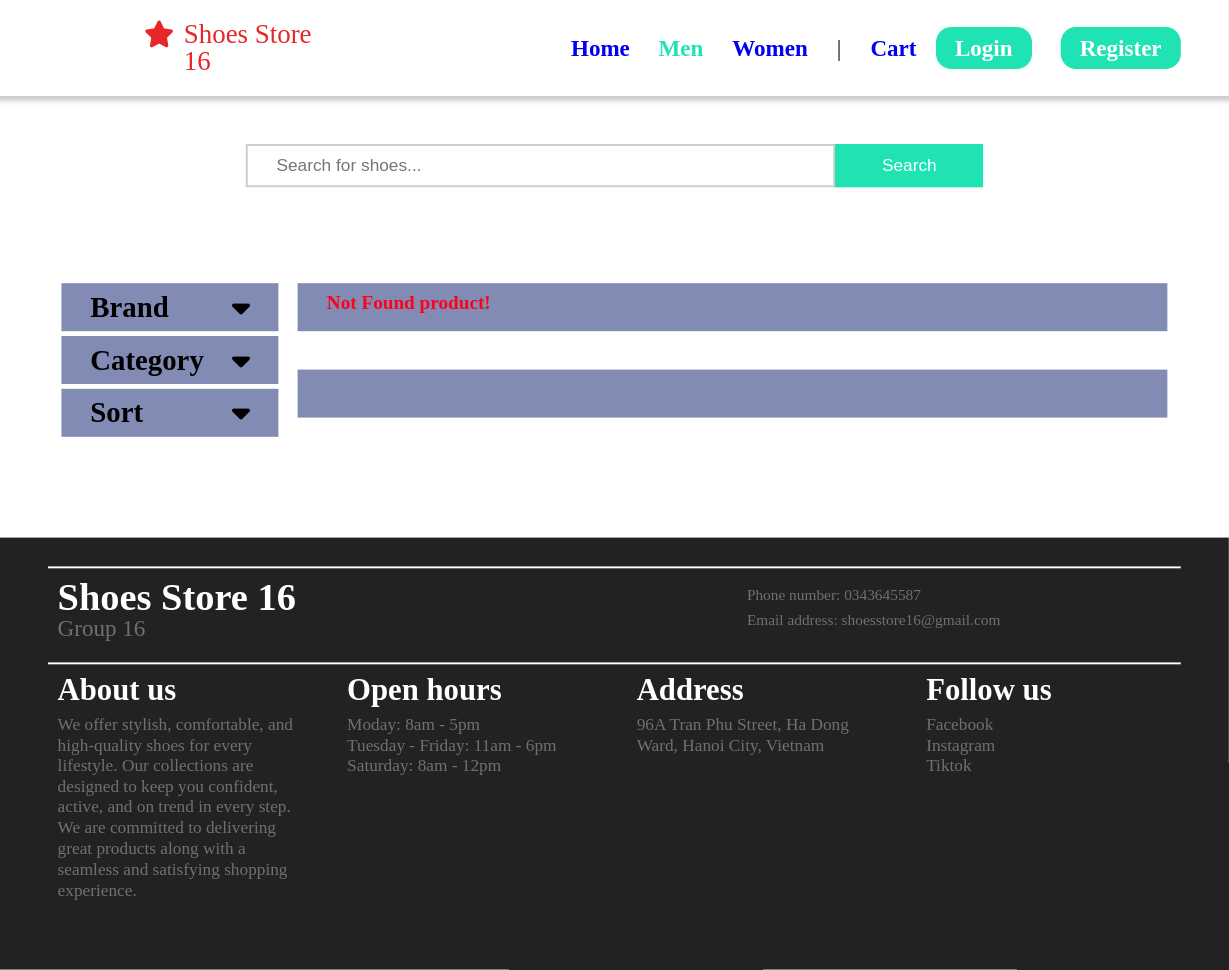
Repository: Trung0810/btl_cnpm_fe
Page: /men
An editor plug-in stored every save of this project. The page is shown before and after the next save, followed by the edit.
The browser window is 1280 px wide. The pictures show the whole page, at 96% of full size.
The page's requests for data from a server got no answer. The project was rebuilt for these pictures with package versions that can differ from the ones it lists, and the page was loaded fresh each time. No one was signed in, and anything a server would have sent is missing. Also part of the build but not shown: src/components/shoes_list/ShoesCard.css, src/components/shoes_list/ShoesCard.js, src/components/overlay/Overlay.css, src/components/overlay/Overlay.js, src/components/popup/AddToCartFormPopup.css, src/components/popup/AddToCartFormPopup.js, src/components/shoes_list/ShoesList.css, src/components/shoes_list/ShoesList.js and 43 more.

Above is the page before, as saved 2026-04-21 08:23:16.

### public/index.html
<!doctype html>
<html lang="en">
  <head>
    <meta charset="utf-8" />
    <link rel="icon" href="%PUBLIC_URL%/favicon.ico" />
    <meta name="viewport" content="width=device-width, initial-scale=1" />
    <meta name="theme-color" content="#000000" />
    <meta
      name="description"
      content="Web site created using create-react-app"
    />
    <link rel="apple-touch-icon" href="%PUBLIC_URL%/logo192.png" />
    <!--
      manifest.json provides metadata used when your web app is installed on a
      user's mobile device or desktop. See https://developers.google.com/web/fundamentals/web-app-manifest/
    -->
    <link rel="manifest" href="%PUBLIC_URL%/manifest.json" />
    <!--
      Notice the use of %PUBLIC_URL% in the tags above.
      It will be replaced with the URL of the `public` folder during the build.
      Only files inside the `public` folder can be referenced from the HTML.

      Unlike "/favicon.ico" or "favicon.ico", "%PUBLIC_URL%/favicon.ico" will
      work correctly both with client-side routing and a non-root public URL.
      Learn how to configure a non-root public URL by running `npm run build`.
    -->
    <link rel="preconnect" href="https://fonts.googleapis.com" />
    <link rel="preconnect" href="https://fonts.gstatic.com" crossorigin />
    <link
      href="https://fonts.googleapis.com/css2?family=DM+Sans:ital,opsz,wght@0,9..40,100..1000;1,9..40,100..1000&family=Oswald:wght@200..700&display=swap"
      rel="stylesheet"
    />
    <title>React App</title>
  </head>
  <body>
    <noscript>You need to enable JavaScript to run this app.</noscript>
    <div id="root"></div>
    <!--
      This HTML file is a template.
      If you open it directly in the browser, you will see an empty page.

      You can add webfonts, meta tags, or analytics to this file.
      The build step will place the bundled scripts into the <body> tag.

      To begin the development, run `npm start` or `yarn start`.
      To create a production bundle, use `npm run build` or `yarn build`.
    -->
  </body>
</html>

### src/index.js
import React from "react";
import ReactDOM from "react-dom/client";
import App from "./App";
import reportWebVitals from "./reportWebVitals";
import "./index.css";
import "./reset.css";
import "@fortawesome/fontawesome-free/css/all.min.css";

const root = ReactDOM.createRoot(document.getElementById("root"));
root.render(
  <React.StrictMode>
    <App />
  </React.StrictMode>,
);

// If you want to start measuring performance in your app, pass a function
// to log results (for example: reportWebVitals(console.log))
// or send to an analytics endpoint. Learn more: https://bit.ly/CRA-vitals
reportWebVitals();

### src/index.css
body {
  margin: 0;
  font-family:
    -apple-system, BlinkMacSystemFont, "Segoe UI", "Roboto", "Oxygen", "Ubuntu",
    "Cantarell", "Fira Sans", "Droid Sans", "Helvetica Neue", sans-serif;
  -webkit-font-smoothing: antialiased;
  -moz-osx-font-smoothing: grayscale;
  font-family: "DM Sans", sans-serif;
}
body::-webkit-scrollbar {
  display: none;
}
code {
  font-family:
    source-code-pro, Menlo, Monaco, Consolas, "Courier New", monospace;
}
* {
  box-sizing: border-box;
}

### src/components/shoes_page/ShoesPage.js
import React, { Fragment } from "react";
import Search from "../search/Search";
import GridLayout from "../grid_layout/GridLayout";

const ShoesPage = () => {
  return (
    <Fragment>
      <Search></Search>
      <GridLayout></GridLayout>
    </Fragment>
  );
};

export default ShoesPage;

### src/components/main_layout/MainLayout.js
import React, { useContext } from "react";
import { Fragment } from "react";
import Header from "../header/Header";
import Footer from "../footer/Footer";
import { Navigate, Outlet } from "react-router-dom";
import { InforContext } from "../infor_provider/InforProvider";

const MainLayout = () => {
  const { admin, customer } = useContext(InforContext);

  if (admin) {
    return <Navigate to="/admin" replace />;
  }

  return (
    <Fragment>
      <Header></Header>
      <Outlet></Outlet>
      <Footer></Footer>
    </Fragment>
  );
};

export default MainLayout;

### src/components/infor_provider/InforProvider.js
import React, { createContext, useState } from "react";
import { useNavigate } from "react-router-dom";

const InforContext = createContext();

const InforProvider = (props) => {
  const [customer, setCustomer] = useState(null);
  const [admin, setAdmin] = useState(null);
  const [path, setPath] = useState(null);
  const [currentPage, setCurrentPage] = useState(1);
  const [filter, setFilter] = useState({
    name: "",
    brand: "all",
    type: "",
    category: "all",
    price: false,
    rate: false,
    sort: null,
  });
  const navigate = useNavigate();

  console.log(filter);

  const handleLogout = () => {
    setCustomer(null);
    setAdmin(null);
    localStorage.removeItem("accessToken");
    navigate("/", { replace: true });
    console.log("hehehe");
  };

  const handleAddToCart = () => {};
  return (
    <InforContext.Provider
      value={{
        customer,
        setCustomer,
        handleLogout,
        admin,
        setAdmin,
        path,
        setPath,
        currentPage,
        setCurrentPage,
        filter,
        setFilter,
      }}
      {...props}
    ></InforContext.Provider>
  );
};

export { InforContext, InforProvider };

### src/components/reset_position/ResetPosition.js
import { useEffect } from "react";
import { useLocation } from "react-router-dom";

const ResetPosition = () => {
  const { pathname } = useLocation();

  useEffect(() => {
    window.scrollTo(0, 0);
  }, [pathname]);

  return null;
};

export default ResetPosition;

### src/App.css
img {
  width: 100%;
  height: 100%;
  object-fit: fill;
}
input,
select {
  display: block;
  font-size: 16px;
  font-weight: 500;
  padding: 10px 20px;
  border: 2px solid #ccc;
  border-radius: 8px;
  outline: none;
}
input:focus {
  border-color: #20e3b4;
}
textarea {
  font-family: "DM Sans", sans-serif;
  display: block;
  height: 100px;
  font-size: 16px;
  padding: 10px 20px;
  border: 2px solid #ccc;
  border-radius: 8px;
  resize: none;
  outline: none;
}
textarea::-webkit-scrollbar {
  display: none;
}
textarea:focus {
  border-color: #20e3b4;
}
button {
  display: block;
  width: 200px;
  padding: 10px 30px;
  font-size: 18px;
  font-weight: 500;
  border-radius: 8px;
  border: none;
  outline: none;
  cursor: pointer;
  box-shadow: 0 6px 0 0 #ccc;
  transition: all 0.25s linear;
}
button:active {
  box-shadow: 0 3px 0 0 #ccc;
  transform: translateY(3px);
}
.loading {
  position: absolute;
  width: 40px;
  height: 40px;
  border: 5px solid #20e3b4;
  border-left: 5px solid transparent;
  border-radius: 50%;
  top: 50%;
  left: 50%;
  transform: translate(-50%, -50%);
  animation: spin 1s infinite forwards linear;
  z-index: 100;
}
@keyframes spin {
  to {
    transform: translate(-50%, -50%) rotate(360deg);
  }
}
.error {
  font-weight: 500;
  color: #de4242;
}
.admin-update {
  width: 120px;
  background-color: #20b3e4;
  color: #fff;
}
.admin-delete {
  width: 120px;
  background-color: #dc3545;
  color: #fff;
}

### src/components/search/Search.js
import React, { useContext } from "react";
import "./Search.css";
import { InforContext } from "../infor_provider/InforProvider";
import { debounce } from "lodash";

const Search = () => {
  const { filter, setFilter } = useContext(InforContext);

  return (
    <div className="search">
      <input
        type="text"
        name="shoes"
        className="search-input"
        placeholder="Search for shoes..."
        onChange={debounce(
          (event) =>
            setFilter((prev) => ({ ...prev, name: event.target.value })),
          500,
        )}
      />
      <button className="search-button">Search</button>
    </div>
  );
};

export default Search;

### src/components/grid_layout/GridLayout.js
import React from "react";
import FilterShoesList from "../filter_shoes_list/FilterShoesList";
import ShoesGrid from "../shoes_grid/ShoesGrid";
import "./GridLayout.css";

const GridLayout = () => {
  return (
    <div className="grid-layout">
      <FilterShoesList></FilterShoesList>
      <ShoesGrid></ShoesGrid>
    </div>
  );
};

export default GridLayout;

### src/components/header/Header.js
import React, { Fragment, useContext } from "react";
import { NavLink } from "react-router-dom";
import { InforContext } from "../infor_provider/InforProvider";
import "./header.css";

const Header = () => {
  const { customer, handleLogout } = useContext(InforContext);

  return (
    <div className="header">
      <div className="header-logo">
        <i className="fa fa-star"></i>
        {customer && <span>Hello {customer && customer.username}</span>}
        {!customer && <span>Shoes Store 16</span>}
      </div>
      <ul className="header-menu">
        <NavLink
          to={"/"}
          className="header-menu-item"
          style={({ isActive }) => ({ color: isActive ? "#20e3b4" : "" })}
        >
          Home
        </NavLink>
        <NavLink
          to={"/men"}
          className="header-menu-item"
          style={({ isActive }) => ({ color: isActive ? "#20e3b4" : "" })}
        >
          Men
        </NavLink>
        <NavLink
          to={"/women"}
          className="header-menu-item"
          style={({ isActive }) => ({ color: isActive ? "#20e3b4" : "" })}
        >
          Women
        </NavLink>
        <li className="header-menu-item">|</li>
        <NavLink
          to={"/cart"}
          className="header-menu-item"
          style={({ isActive }) => ({ color: isActive ? "#20e3b4" : "" })}
        >
          Cart
        </NavLink>
      </ul>
      <ul className="header-auth">
        {!customer && (
          <Fragment>
            <NavLink to={"/login"} className="header-auth-item">
              Login
            </NavLink>
            <NavLink to={"/register"} className="header-auth-item">
              Register
            </NavLink>
          </Fragment>
        )}
        {customer && (
          <li className="header-auth-item" onClick={handleLogout}>
            Logout
          </li>
        )}
      </ul>
    </div>
  );
};

export default Header;

### src/components/footer/Footer.js
import React from "react";
import "./Footer.css";

const Footer = () => {
  return (
    <div className="footer">
      <div className="footer-contact">
        <div className="contact-name">
          <h2>Shoes Store 16</h2>
          <p>Group 16</p>
        </div>
        <div className="contact-infor">
          <p>Phone number: 0343645587</p>
          <p>Email address: shoesstore16@gmail.com</p>
        </div>
      </div>
      <div className="footer-content">
        <div className="content-container">
          <h3>About us</h3>
          <p>
            We offer stylish, comfortable, and high-quality shoes for every
            lifestyle. Our collections are designed to keep you confident,
            active, and on trend in every step. We are committed to delivering
            great products along with a seamless and satisfying shopping
            experience.
          </p>
        </div>
        <div className="content-container">
          <h3>Open hours</h3>
          <p>
            Moday: 8am - 5pm
            <br />
            Tuesday - Friday: 11am - 6pm
            <br />
            Saturday: 8am - 12pm
          </p>
        </div>
        <div className="content-container">
          <h3>Address</h3>
          <p>96A Tran Phu Street, Ha Dong Ward, Hanoi City, Vietnam</p>
        </div>
        <div className="content-container">
          <h3>Follow us</h3>
          <p>
            Facebook
            <br />
            Instagram
            <br />
            Tiktok
          </p>
        </div>
      </div>
    </div>
  );
};

export default Footer;

### src/components/helper_function/Standardization.js
const standardization = (name) => {
  if (!name) {
    return "";
  }
  return name
    .trim()
    .split(/\s+/)
    .map((word) => {
      return word.charAt(0).toUpperCase() + word.slice(1).toLowerCase();
    })
    .join(" ");
};

export default standardization;

### src/components/admin_add_product/AdminAddProduct.css
.admin-add-product {
  width: 85%;
  padding: 40px;
  user-select: none;
}
.admin-add-title {
  font-size: 40px;
  font-weight: bold;
  text-align: center;
  margin-bottom: 40px;
}
form {
  width: 100%;
  display: flex;
  flex-direction: column;
  row-gap: 20px;
}
.admin-add-wrapper {
  display: flex;
  flex-direction: column;
  row-gap: 10px;
}
.admin-add-wrapper:last-child {
  margin-top: 30px;
  flex-direction: row;
  column-gap: 40px;
}
.admin-add-wrapper button:first-child {
  background-color: #20e3b4;
  color: #fff;
}
.admin-add-error {
  font-weight: 500;
  color: #de4242;
}

### src/components/admin_update_product/AdminUpdateProduct.css
.admin-update-product {
  width: 85%;
  padding: 40px;
  user-select: none;
  overflow-y: scroll;
}
.admin-update-product::-webkit-scrollbar {
  display: none;
}
.admin-update-title {
  font-size: 40px;
  font-weight: bold;
  text-align: center;
  margin-bottom: 40px;
}
form {
  width: 100%;
  display: flex;
  flex-direction: column;
  row-gap: 20px;
}
.admin-update-wrapper {
  display: flex;
  flex-direction: column;
  row-gap: 10px;
}
.admin-update-wrapper #id {
  background-color: #f0f0f0;
  color: #666;
  cursor: not-allowed;
}
.admin-update-wrapper #id:focus {
  border-color: #ccc;
}
.admin-update-wrapper:last-child {
  margin-top: 30px;
  flex-direction: row;
  column-gap: 40px;
}
.admin-update-wrapper button:first-child {
  background-color: #20e3b4;
  color: #fff;
}

### src/components/admin_update_order/AdminUpdateOrder.css
.admin-update-order {
  width: 85%;
  padding: 40px;
  user-select: none;
}
.admin-update-title {
  font-size: 40px;
  font-weight: bold;
  text-align: center;
  margin-bottom: 40px;
}
form {
  width: 100%;
  display: flex;
  flex-direction: column;
  row-gap: 20px;
}
.admin-update-table {
  width: 100%;
  display: flex;
  flex-direction: column;
  row-gap: 10px;
}
.admin-update-table th,
.admin-update-table td {
  text-align: center;
  vertical-align: middle;
  border: 1px solid #ccc;
}
.admin-update-table th {
  background-color: #20e3b4;
  color: #fff;
  font-size: 20px;
  font-weight: bold;
  padding: 10px 20px;
}
.admin-update-table td {
  min-height: 150px;
  font-size: 18px;
  padding: 10px;
}
.admin-update-table input {
  width: 100%;
}
.admin-update-table td button {
  width: 100%;
  background-color: #dc3545;
  color: #fff;
}
.admin-update-table button {
  background-color: #20e3b4;
  color: #fff;
}
.admin-update-wrapper {
  display: flex;
  flex-direction: column;
  row-gap: 10px;
}
.admin-update-wrapper #id {
  background-color: #f0f0f0;
  color: #666;
  cursor: not-allowed;
}
.admin-update-wrapper #id:focus {
  border-color: #ccc;
}
.admin-update-wrapper #customer-name {
  background-color: #f0f0f0;
  color: #666;
  cursor: not-allowed;
}
.admin-update-wrapper #customer-name:focus {
  border-color: #ccc;
}
.admin-update-wrapper:last-child {
  margin-top: 30px;
  flex-direction: row;
  column-gap: 40px;
}
.admin-update-wrapper button:first-child {
  background-color: #20e3b4;
  color: #fff;
}

### src/components/admin_update_customer/AdminUpdateCustomer.css
.admin-update-customer {
  width: 85%;
  padding: 40px;
  user-select: none;
}
.admin-update-title {
  font-size: 40px;
  font-weight: bold;
  text-align: center;
  margin-bottom: 40px;
}
form {
  width: 100%;
  display: flex;
  flex-direction: column;
  row-gap: 20px;
}
.admin-update-wrapper {
  display: flex;
  flex-direction: column;
  row-gap: 10px;
}
.admin-update-wrapper:last-child {
  margin-top: 30px;
  flex-direction: row;
  column-gap: 40px;
}
.admin-update-wrapper button:first-child {
  background-color: #20e3b4;
  color: #fff;
}

### src/components/search/Search.css
.search {
  width: 60%;
  height: auto;
  margin: 150px auto 0;
  display: flex;
  align-items: center;
}
.search-input {
  display: block;
  width: 80%;
  font-size: 18px;
  padding: 10px 30px;
  border-radius: 0;
}
.search-button {
  width: 20%;
  background-color: #20e3b4;
  color: #fff;
  font-size: 18px;
  border-radius: 0;
  border: 2px solid #20e3b4;
  box-shadow: none;
}
.search-button:active {
  transform: translateY(0);
  box-shadow: none;
}

### src/components/filter_shoes_list/FilterShoesList.js
import React from "react";
import FilterShoes from "./FilterShoes";
import "./FilterShoesList.css";

const FilterShoesList = () => {
  return (
    <div className="filter-shoes-list">
      <FilterShoes params="brand"></FilterShoes>
      <FilterShoes params="category"></FilterShoes>
      <FilterShoes params="sort"></FilterShoes>
    </div>
  );
};

export default FilterShoesList;

### src/components/grid_layout/GridLayout.css
.grid-layout {
  width: 90%;
  margin: 100px auto 0;
  display: flex;
  column-gap: 20px;
}

### src/components/header/header.css
.header {
  width: 100%;
  height: 100px;
  background-color: #fff;
  padding: 20px 50px 20px 150px;
  margin-bottom: 50px;
  box-shadow: 0 0 5px 5px #ccc;
  display: flex;
  align-items: center;
  position: fixed;
  top: 0;
  left: 0;
  z-index: 10;
  user-select: none;
}
.header-logo {
  font-size: 28px;
  color: #e72727;
  margin-right: 250px;
  display: flex;
  column-gap: 10px;
}
.header-menu {
  padding: 10px 20px;
  color: #565656;
  display: flex;
  column-gap: 30px;
}
.header-menu-item {
  font-size: 24px;
  font-weight: bold;
  cursor: pointer;
  text-decoration: none;
}
.header-auth {
  margin-left: auto;
  color: #565656;
  display: flex;
  column-gap: 30px;
}
.header-auth-item {
  display: inline-block;
  background-color: #20e3b4;
  color: #fff;
  font-size: 24px;
  padding: 10px 20px;
  font-weight: bold;
  border-radius: 16px;
  cursor: pointer;
  text-decoration: none;
}

### src/components/footer/Footer.css
.footer {
  width: 100%;
  height: 450px;
  background-color: #222222;
  color: #fff;
  padding: 30px 50px;
  margin-top: 100px;
}
.footer-contact {
  width: 100%;
  height: 100px;
  border-top: 2px solid #fff;
  display: flex;
}
.contact-name {
  width: 60%;
  height: 100%;
  padding: 10px;
}
.contact-name h2 {
  font-size: 40px;
  font-weight: bold;
}
.contact-name p {
  color: #756e6e;
  font-size: 24px;
}
.contact-infor {
  width: 40%;
  height: 100%;
  padding: 20px;
}
.contact-infor p {
  color: #756e6e;
  font-size: 16px;
  margin-bottom: 10px;
}
.footer-content {
  width: 100%;
  height: 300px;
  padding: 10px;
  border-top: 2px solid #fff;
  display: flex;
  column-gap: 4%;
}
.content-container {
  width: 22%;
  height: 100px;
}
.content-container h3 {
  font-size: 32px;
  font-weight: bold;
  margin-bottom: 10px;
}
.content-container p {
  color: #756e6e;
  font-size: 18px;
  line-height: 1.2;
}

### src/components/filter_shoes_list/FilterShoesList.css
.filter-shoes-list {
  width: 20%;
}

### src/components/shoes_grid/ShoesGrid.css
.shoes-grid {
  width: 80%;
  display: flex;
  flex-direction: column;
  row-gap: 20px;
  user-select: none;
}
.shoes-bar {
  width: 100%;
  height: 50px;
  background-color: #828bb3;
  padding: 10px 30px;
  display: flex;
  column-gap: 20px;
}
.shoes-grid-layout {
  width: 100%;
  display: grid;
  grid-template-columns: repeat(3, 1fr);
  gap: 20px;
}
.shoes-bar-page input {
  display: none;
}
.shoes-bar-page label {
  display: block;
  width: 30px;
  height: 30px;
  font-size: 20px;
  font-weight: bold;
  color: #fff;
  border: 2px solid #fff;
  display: flex;
  align-items: center;
  justify-content: center;
  cursor: pointer;
}
.shoes-bar-page input:checked + label {
  background-color: #fff;
  color: #828bb3;
}

### src/components/filter_shoes_list/FilterShoes.css
.filter-shoes {
  width: 100%;
  cursor: pointer;
  user-select: none;
}
.filter-shoes-menu {
  width: 100%;
  height: 50px;
  background-color: #828bb3;
  padding: 10px 30px;
  font-size: 30px;
  font-weight: bold;
  text-align: left;
  margin-bottom: 5px;
  display: flex;
  align-items: center;
  justify-content: space-between;
}
.filter-shoes-dropdown {
  width: 100%;
  margin-bottom: 40px;
}
.filter-shoes-select input {
  display: none;
}
.filter-shoes-select label {
  display: block;
  width: 100%;
  height: 40px;
  padding: 10px 30px;
  font-size: 20px;
  font-weight: 500;
  border-bottom: 1px solid #ccc;
  cursor: pointer;
}
.filter-shoes-select label:hover {
  background-color: #eee;
}
.filter-shoes-select input:checked + label {
  background-color: #eee;
  color: #20e3b4;
}

Loaded but not shown: src/reportWebVitals.js (common file); src/reset.css (common file); src/components/shoes_grid/ShoesGrid.js (154 lines, source omitted); src/App.js (96 lines, source omitted); src/components/filter_shoes_list/FilterShoes.js (90 lines, source omitted)

After the next save:
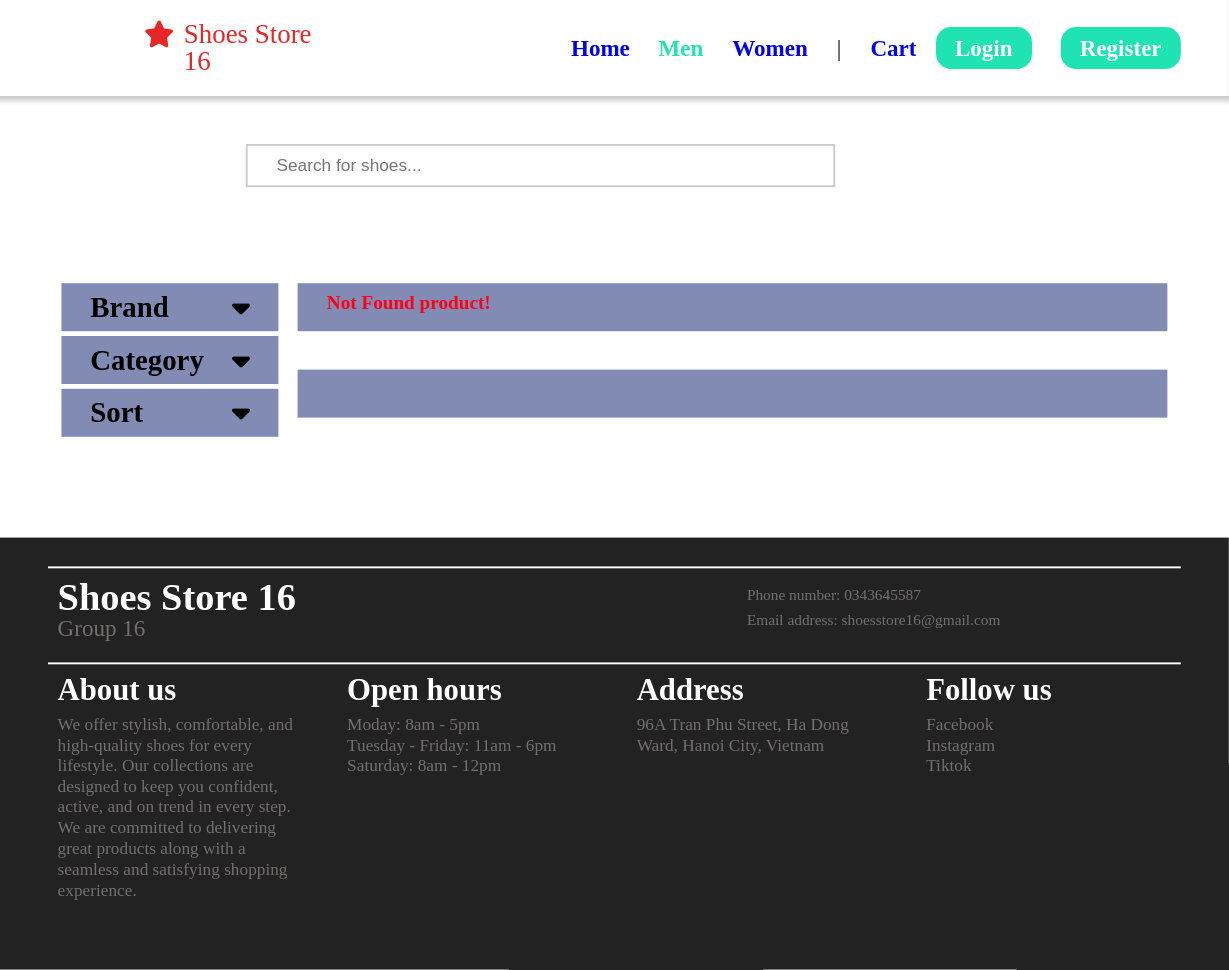
Saved 31 s later.
--- a/src/components/search/Search.js
+++ b/src/components/search/Search.js
@@ -19,7 +19,7 @@ const Search = () => {
           500,
         )}
       />
-      <button className="search-button">Search</button>
+      {/* <button className="search-button">Search</button> */}
     </div>
   );
 };
